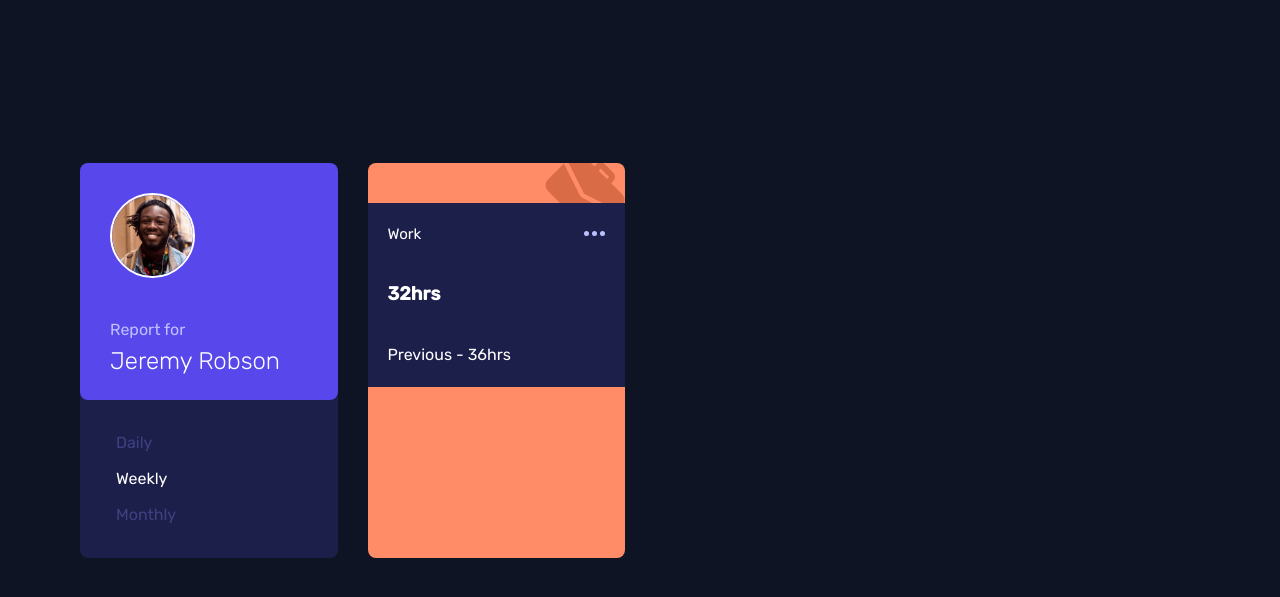
Repository: Akashiii1/WebTimeTracking_Day6
Page: index.html
The author's editor kept a copy of each file at every save. The page is drawn from the files as they stood at one save, then again after the next save.
The browser window is 1280 px wide. The pictures show the whole page.

Above is the page before, as saved 2021-12-27 00:12:02.

After the next save:
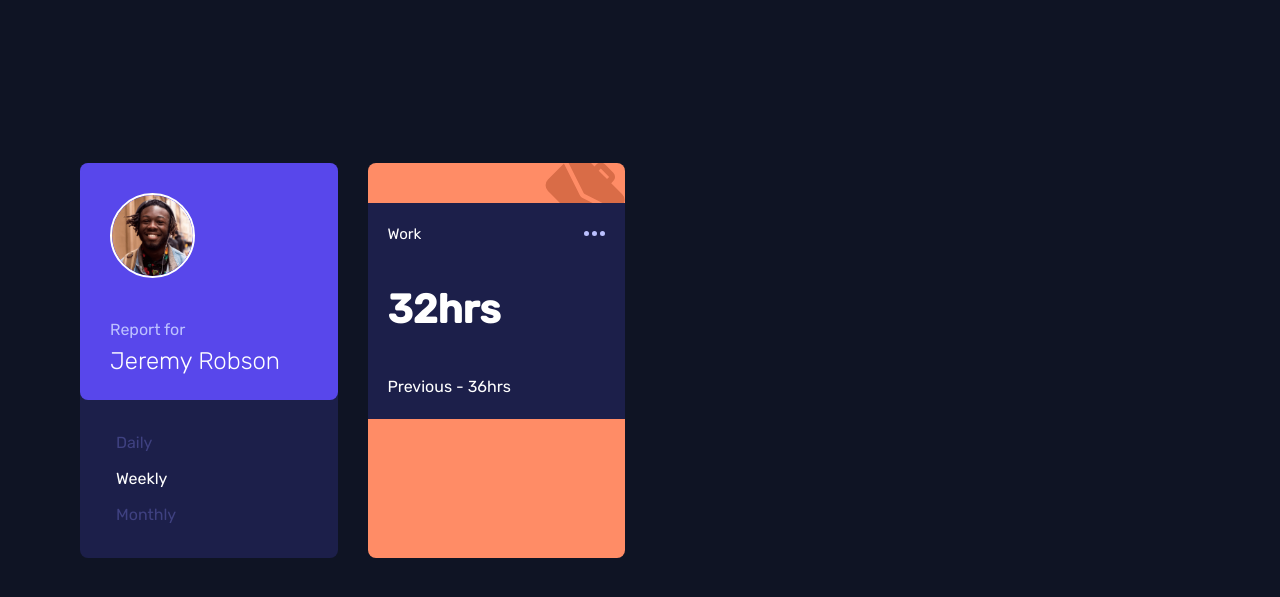
Saved 13 s later.
--- a/style.css
+++ b/style.css
@@ -132,6 +132,7 @@ button{
 }
 .time{
   padding: 35px 0;
+  font-size: 40px;
 }
 /* remove animation for people who've turned them off */
 @media (prefers-reduced-motion: reduce) {
